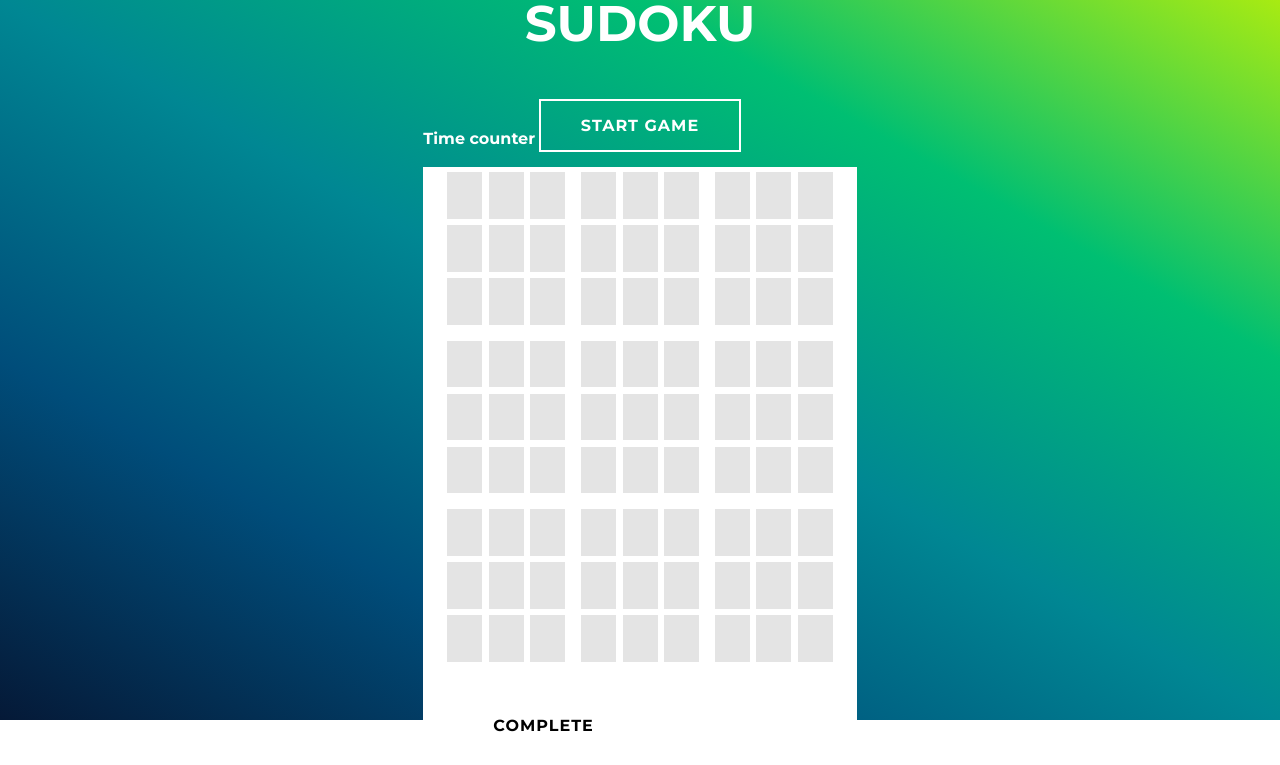
Repository: pattypetrikova/sudoku
Page: index.html
These files come from the project's save history. The page is drawn as it stood at one moment and after the next save; the edit follows.
The browser window is 1280 px wide. The pictures show the whole page.
Some web fonts or font styles are not loaded; a fallback is used.

Above is the page before, as saved 2022-12-30 12:14:47.

### index.html
<!DOCTYPE html>
<html lang="en">
<head>
    <meta charset="UTF-8">
    <meta http-equiv="X-UA-Compatible" content="IE=edge">
    <meta name="viewport" content="width=device-width, initial-scale=1.0">
    <link rel="stylesheet" href="./assets/style.css">
    <link rel="preconnect" href="https://fonts.googleapis.com">
    <link rel="preconnect" href="https://fonts.gstatic.com" crossorigin>
    <link href="https://fonts.googleapis.com/css2?family=Erica+One&family=Montserrat:ital,wght@0,700;1,400&display=swap" rel="stylesheet">
    <title>Sudoku</title>
</head>
<body>
    <main class="background">
        <h1 class="title">Sudoku</h1>
        <button class="button button-1 start">Start game</button>
        <div class="game">
            <div class="head">
                <div class="buttons">
                    <div class="time-couner">Time counter</div>
                </div>
            </div>
            <div class="gameboard">
                <form class="board-section" action="">
                    <input class="number" type="text">
                    <input class="number" type="text">
                    <input class="number" type="text">
                    <input class="number" type="text">
                    <input class="number" type="text">
                    <input class="number" type="text">
                    <input class="number" type="text">
                    <input class="number" type="text">
                    <input class="number" type="text">
                </form>
                <form class="board-section" action="">
                    <input class="number" type="text">
                    <input class="number" type="text">
                    <input class="number" type="text">
                    <input class="number" type="text">
                    <input class="number" type="text">
                    <input class="number" type="text">
                    <input class="number" type="text">
                    <input class="number" type="text">
                    <input class="number" type="text">
                </form>
                <form class="board-section" action="">
                    <input class="number" type="text">
                    <input class="number" type="text">
                    <input class="number" type="text">
                    <input class="number" type="text">
                    <input class="number" type="text">
                    <input class="number" type="text">
                    <input class="number" type="text">
                    <input class="number" type="text">
                    <input class="number" type="text">
                </form>
                <form class="board-section" action="">
                    <input class="number" type="text">
                    <input class="number" type="text">
                    <input class="number" type="text">
                    <input class="number" type="text">
                    <input class="number" type="text">
                    <input class="number" type="text">
                    <input class="number" type="text">
                    <input class="number" type="text">
                    <input class="number" type="text">
                </form>
                <form class="board-section" action="">
                    <input class="number" type="text">
                    <input class="number" type="text">
                    <input class="number" type="text">
                    <input class="number" type="text">
                    <input class="number" type="text">
                    <input class="number" type="text">
                    <input class="number" type="text">
                    <input class="number" type="text">
                    <input class="number" type="text">
                </form>
                <form class="board-section" action="">
                    <input class="number" type="text">
                    <input class="number" type="text">
                    <input class="number" type="text">
                    <input class="number" type="text">
                    <input class="number" type="text">
                    <input class="number" type="text">
                    <input class="number" type="text">
                    <input class="number" type="text">
                    <input class="number" type="text">
                </form>
                <form class="board-section" action="">
                    <input class="number" type="text">
                    <input class="number" type="text">
                    <input class="number" type="text">
                    <input class="number" type="text">
                    <input class="number" type="text">
                    <input class="number" type="text">
                    <input class="number" type="text">
                    <input class="number" type="text">
                    <input class="number" type="text">
                </form>
                <form class="board-section" action="">
                    <input class="number" type="text">
                    <input class="number" type="text">
                    <input class="number" type="text">
                    <input class="number" type="text">
                    <input class="number" type="text">
                    <input class="number" type="text">
                    <input class="number" type="text">
                    <input class="number" type="text">
                    <input class="number" type="text">
                </form>
                <form class="board-section" action="">
                    <input class="number" type="text">
                    <input class="number" type="text">
                    <input class="number" type="text">
                    <input class="number" type="text">
                    <input class="number" type="text">
                    <input class="number" type="text">
                    <input class="number" type="text">
                    <input class="number" type="text">
                    <input class="number" type="text">
                </form>
            </div>
            <div class="footer">
                <div class="footer-buttons">
                    <button class="button finish">Complete</button>
                </div>
            </div>
        </div>
    </main>
</body>
</html>

### assets/style.css
/* simple reset */
* {
    margin: 0;
    padding: 0;
    box-sizing: border-box;
}

/* general styles */
.background {
    font-family: 'Montserrat', sans-serif;
    color: white;
}

/* project styles */

.background {
    background-image: linear-gradient(to right top, #051937, #004d7a, #008793, #00bf72, #a8eb12);
    height: 100vh;
    display: flex;
    align-items: center;
    justify-content: center;
    flex-direction: column;
}


.game {
    background-color: white;
    min-height: 35em;
    display: flex;
    justify-content: center;
    flex-direction: column;
}

.title {
    font-size: 50px;
    color: white;
    text-transform: uppercase;
    padding-bottom: 30px;
}

.gameboard {
    display: grid;
    padding: 1.5em;
    grid-template-columns: 1fr 1fr 1fr;
    gap: 1em;
}

.board-section {
    display: inline-grid;
    grid-template-columns: 1fr 1fr 1fr;
    justify-items: center;
    gap: .4em;
    max-width: 120px;
}

.number {
    width: 35px;
    height: 3.5em;
    background-color: lightgray;
    outline: none;
    border: none;
    /* border-radius: 8px; */
    opacity: 0.6;
}

.button {
    border: none;
    font-family: inherit;
    font-size: inherit;
    color: black;
    background: none;
    cursor: pointer;
    padding: 15px 40px;
    display: inline-block;
    margin: 15px 30px;
    text-transform: uppercase;
    letter-spacing: 1px;
    font-weight: 700;
    outline: none;
    position: relative;
    -webkit-transition: all 0.3s;
    -moz-transition: all 0.3s;
    transition: all 0.3s;
  }

  .button:after {
    content: '';
    position: absolute;
    z-index: -1;
    -webkit-transition: all 0.3s;
    -moz-transition: all 0.3s;
    transition: all 0.3s;
  }

  /* Button 1 */
  .button-1 {
    border: 2px solid #fff;
    color: #fff;
  }

  /* Button 1a */
  .button-1:hover,
  .button-1:active {
    color: #0e83cd;
    background: #fff;
  }

After the next save:
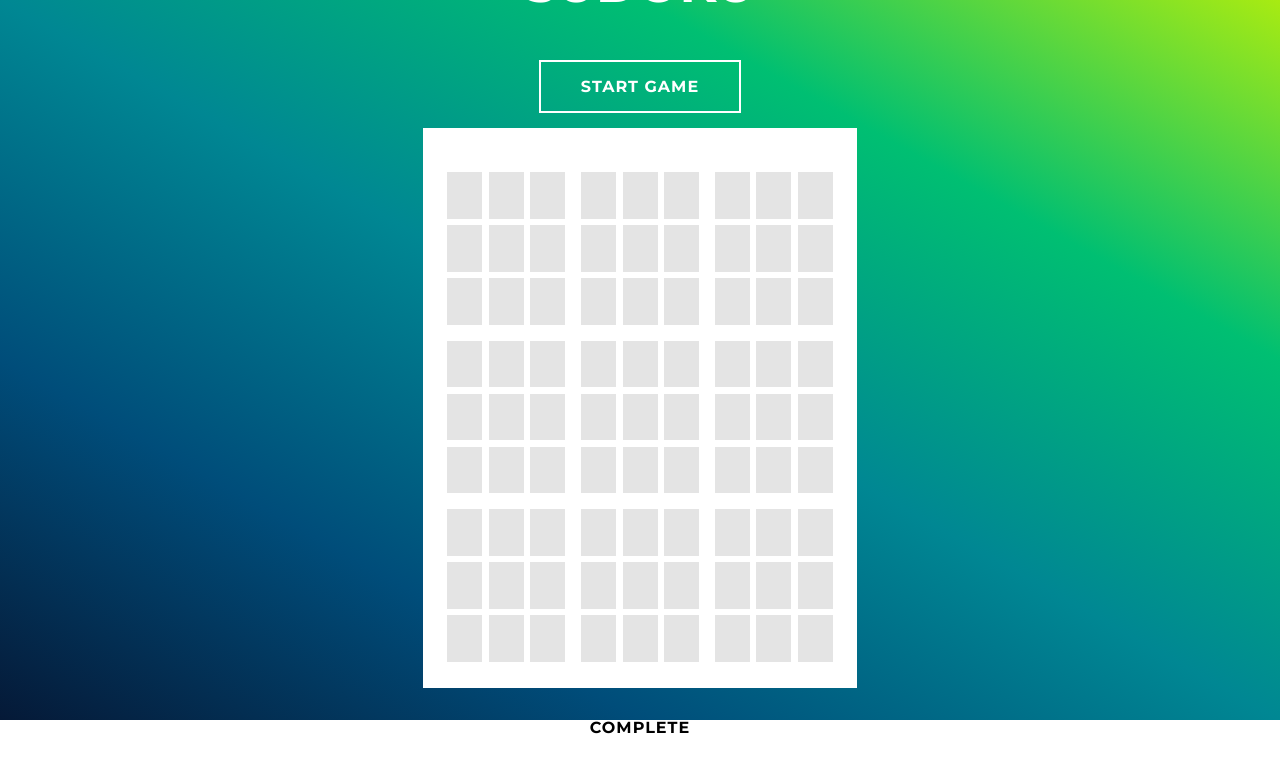
Saved 73 s later.
--- a/index.html
+++ b/index.html
@@ -121,10 +121,10 @@
                     <input class="number" type="text">
                 </form>
             </div>
-            <div class="footer">
-                <div class="footer-buttons">
-                    <button class="button finish">Complete</button>
-                </div>
+        </div>
+        <div class="footer">
+            <div class="footer-buttons">
+                <button class="button finish">Complete</button>
             </div>
         </div>
     </main>
